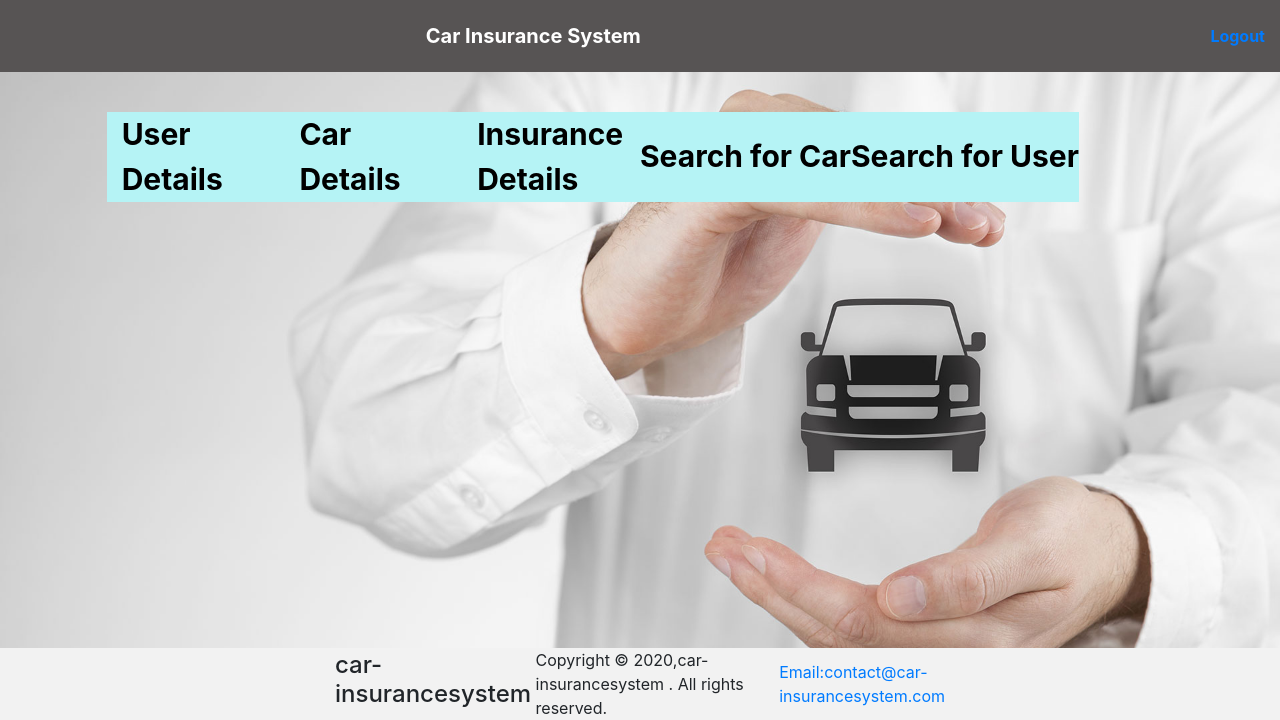
Repository: pdway/Adv-JAVA
Page: http://localhost/Car_insurance_system/home.jsp
These files come from the project's save history. The page is drawn as it stood at one moment and after the next save; the edit follows.
The browser window is 1280 px wide. The pictures show the whole page.
The page is served by Tomcat 9. Other server files are loaded and not shown.

Above is the page before, as saved 2020-11-05 06:58:23.

### carinsys/Car_insurance_system/WebContent/home.jsp
<%@ taglib uri="http://www.springframework.org/tags/form" prefix="spr" %>

<%@ page language="java" contentType="text/html; charset=ISO-8859-1"
    pageEncoding="ISO-8859-1"%>
<!DOCTYPE html>
<html>
<head>
<meta charset="ISO-8859-1">

 <meta charset="UTF-8">
    <meta name="viewport" content="width=device-width, initial-scale=1.0">
    <title>Document</title>
    <!-- CSS only -->
    <link rel="stylesheet" href="https://stackpath.bootstrapcdn.com/bootstrap/4.5.2/css/bootstrap.min.css"
        integrity="sha384-JcKb8q3iqJ61gNV9KGb8thSsNjpSL0n8PARn9HuZOnIxN0hoP+VmmDGMN5t9UJ0Z" crossorigin="anonymous">

<title>Homepage</title>
</head>

<style>
    .img {
        background: url("img12.jpg");
        background-repeat: no-repeat;
        background-size: cover;
        background-position: center;
    }

    #image {
        height: 57px;
        width: 60px;
        margin-top: 1px;




    }

    td {
        padding-bottom: 15px;





    }
</style>

<body>

<div class="container-fluid">
        <div class="row" style="height: 100vh;">
            <div class="col">
                <div class="row"
                    style="height:10vh;color: white;text-align:center;font-weight:bold;background: rgb(87, 84, 84);">

                    <div class="col-10 d-flex justify-content-center align-items-center"
                        style="color: white;text-align:center;font-weight:bold;font-size:20px">
                        Car Insurance System

                    </div>
                     <div class="col-2 d-flex justify-content-end align-items-center">

                          <a href="logout.htm" >Logout</a>

                    </div>

                </div>
                <div class="row img" style="height: 80vh; ">
                    <div class="col-md-1 col-0">
                    </div>
                    <div class="col-md-10 ">
                        <div class="row" style="height: 12%;">

                        </div>
                        <div class="row">

                           <div class="col-md-2 d-flex justify-content-center align-items-center "
                                style="background:rgb(181, 243, 245) ;font-size:30px;font-weight: bold;">
                                <a style="color: black" href="userpage.jsp">User Details</a>

                            </div>

                            <div class="col-md-2 d-flex justify-content-center align-items-center "
                                style="background:rgb(181, 243, 245) ;font-size:30px;font-weight: bold;">
                                <a style="color: black" href="carpage.jsp" >Car Details</a>

                            </div>

                            <div class="col-md-2 d-flex justify-content-center align-items-center "
                                style="background:rgb(181, 243, 245) ;font-size:30px;font-weight: bold;">
                                <a style="color: black" href="inspage.jsp" >Insurance Details</a>

                            </div>

                            <div class="col-md-2.5 d-flex justify-content-center align-items-center "
                                style="background:rgb(181, 243, 245) ;font-size:30px;font-weight: bold;">
                                <a style="color: black" href="prep_search_car.htm" >Search for Car</a>

                            </div>

                            <div class="col-md-2.5 d-flex justify-content-center align-items-center "
                                style="background:rgb(181, 243, 245) ;font-size:30px;font-weight: bold;">
                                <a style="color: black" href="prep_search_user.htm" >Search for User</a>

                            </div>

                        </div>
                    </div>

                    <div class="col-3">

                    </div>


                </div>
                <footer class="row" style="height:10vh;background-color:rgb(242,242,242)">

                    <div class="col-3"></div>
                    <div class="col-12 col-md-6" style="justify-content: center;display: flex;align-items: center">
                        <h4>car-insurancesystem</h4>&nbsp;
                        <div> Copyright © 2020,car-insurancesystem . All rights reserved.</div>&nbsp;


                        <a href="https://www.carinsurancesystem.com//">Email:contact@car-insurancesystem.com </a>

                    </div>
                    <div class="col-3"></div>

                </footer>





            </div>


        </div>

    </div>

</body>

<!--
<table align="center" >


		<tr>
			<td> <a href="userpage.jsp" >User Details</a> </td>
		</tr>
		<tr>
			<td> <a href="carpage.jsp" >Car Details</a> </td>
		</tr>
		<tr>
			<td> <a href="inspage.jsp" >Insurance Details</a> </td>
		</tr>

		<tr>
			<td> <a href="prep_search_car.htm" >search for car</a> </td>
		</tr>

		<tr>
			<td> <a href="prep_search_user.htm" >search for user</a> </td>
		</tr>




		<tr>
			<td> <a href="logout.htm" >Logout</a> </td>
		</tr>
	</table>
 -->

</html>

After the next save:
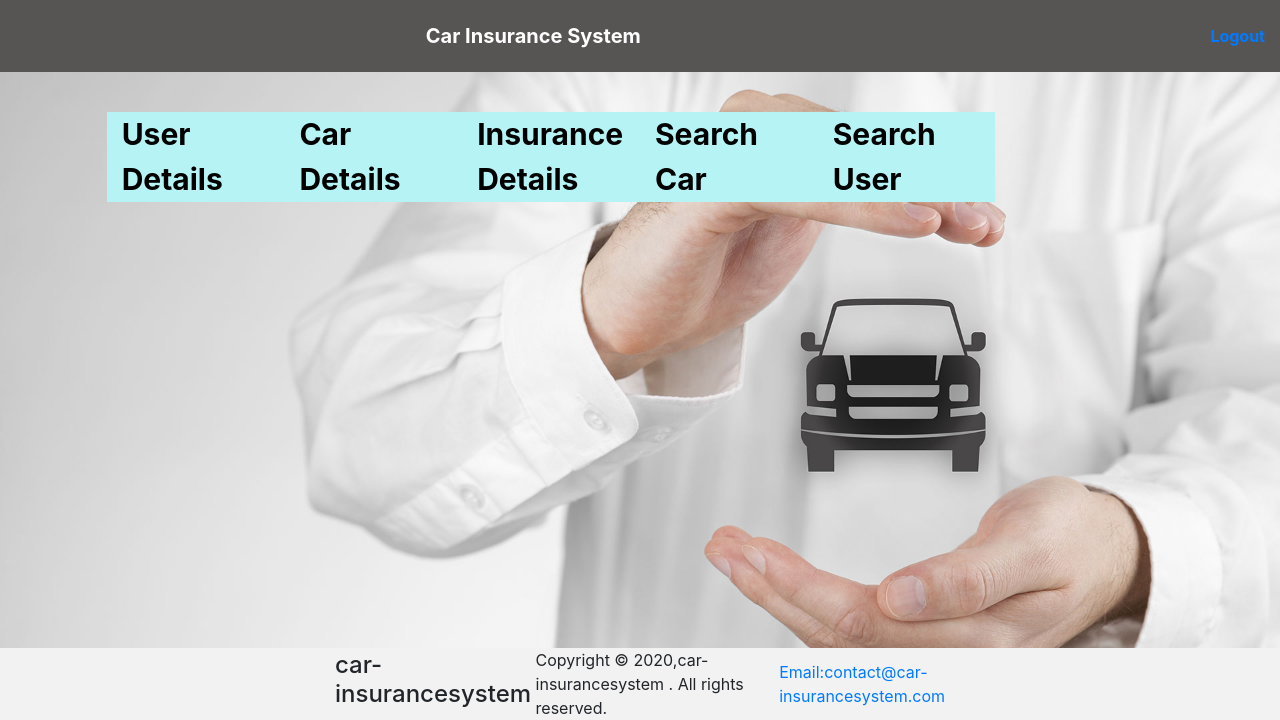
Saved 2 min 51 s later.
--- a/carinsys/Car_insurance_system/WebContent/home.jsp
+++ b/carinsys/Car_insurance_system/WebContent/home.jsp
@@ -9,7 +9,7 @@
 
  <meta charset="UTF-8">
     <meta name="viewport" content="width=device-width, initial-scale=1.0">
-    <title>Document</title>
+    <title>Homepage</title>
     <!-- CSS only -->
     <link rel="stylesheet" href="https://stackpath.bootstrapcdn.com/bootstrap/4.5.2/css/bootstrap.min.css"
         integrity="sha384-JcKb8q3iqJ61gNV9KGb8thSsNjpSL0n8PARn9HuZOnIxN0hoP+VmmDGMN5t9UJ0Z" crossorigin="anonymous">
@@ -92,15 +92,15 @@
 
                             </div>
 
-                            <div class="col-md-2.5 d-flex justify-content-center align-items-center "
+                            <div class="col-md-2 d-flex justify-content-center align-items-center "
                                 style="background:rgb(181, 243, 245) ;font-size:30px;font-weight: bold;">
-                                <a style="color: black" href="prep_search_car.htm" >Search for Car</a>
+                                <a style="color: black" href="prep_search_car.htm" >Search Car</a>
 
                             </div>
 
-                            <div class="col-md-2.5 d-flex justify-content-center align-items-center "
+                            <div class="col-md-2 d-flex justify-content-center align-items-center "
                                 style="background:rgb(181, 243, 245) ;font-size:30px;font-weight: bold;">
-                                <a style="color: black" href="prep_search_user.htm" >Search for User</a>
+                                <a style="color: black" href="prep_search_user.htm" >Search User</a>
 
                             </div>
 
